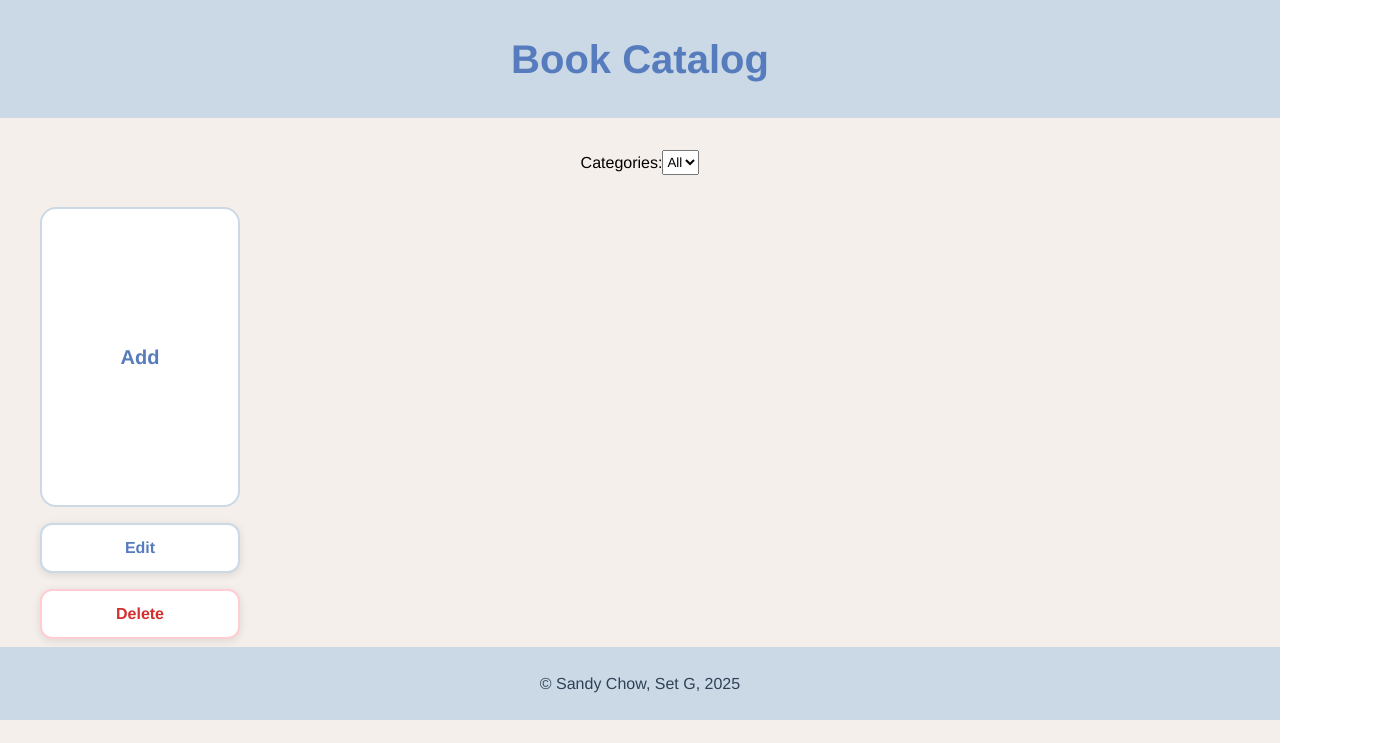
Repository: Bcit-sandy/COMP3170_Lab7
Page: /
An editor plug-in stored every save of this project. The page is shown before and after the next save, followed by the edit.
The browser window is 1280 px wide. The page is 1280 px wide, then 1376 px, then 1280 px, so the pictures cover 1376 px, including what lies to the right of the window. The pictures show the whole page.
The project was rebuilt for these pictures with package versions that can differ from the ones it lists, and the page was loaded fresh each time. Also part of the build but not shown: vite.config.js, src/components/Info.jsx, src/components/Book.jsx.

Above is the page before, as saved 2025-10-25 23:45:39.

### index.html
<!doctype html>
<html lang="en">
  <head>
    <meta charset="UTF-8" />
    <link rel="icon" type="image/svg+xml" href="/vite.svg" />
    <meta name="viewport" content="width=device-width, initial-scale=1.0" />
    <title>Book Catalog App</title>
  </head>
  <body>
    <div id="root"></div>
    <script type="module" src="/src/main.jsx"></script>
  </body>
</html>

### src/main.jsx
import { StrictMode } from 'react';
import { createRoot } from 'react-dom/client';
import './index.css';
import './components/Modal/Modal.css';
import App from './App.jsx';

createRoot(document.getElementById('root')).render(
  <StrictMode>
    <App />
  </StrictMode>,
)

### src/index.css
:root {
  --light-blue-color: #CBD9E6;
  --blue-color: #567cbd;
  --beige-color: #f5efeb;
  --dark-blue-color: #2f4156;
  --white-color: #ffffff;
}

*{
  font-family: Helvetica, sans-serif
}

body {
  margin: 0;
  padding: 0;
  line-height: 1.6;
}

.app-header {
  background-color: var(--light-blue-color);
  min-height: 12vh;
  display: flex;
  flex-direction: column;
  align-items: center;
  justify-content: center;
}

.app-name {
  font-size: 2.5rem;
  color: var(--blue-color);
}

.app-main {
  background: var(--beige-color);
  width: 100%;
  min-height: 70vh;
  display: flex;
  flex-direction: column;
  align-items: center;
  justify-content: center;
  padding: 2rem 0;
  flex-wrap: wrap;
}

.app-main-content {
  background: var(--white-color);
  min-height: 10vh;
  width: 100%;
  display: flex;
  flex-direction: column;
  align-items: center;
  justify-content: center;
  padding: 2rem;
  border-radius: 12px;
  margin: 1rem;
  max-width: 1000px;
  flex-wrap: wrap;
}

.learn-more {
  color: var(--blue-color);
  text-decoration: none;
  transition: all 0.3s ease;
}

.learn-more:hover {
  color: var(--dark-blue-color);
  text-decoration: underline;
}

.app-main-content-text {
  font-size: 16px;
  color: var(--dark-blue-color);
  font-weight: 400;
  text-align: center;
  max-width: 600px;
  line-height: 1.7;
}

.add-button {
  background: var(--white-color);
  color: var(--blue-color);
  border: 2px solid var(--light-blue-color);
  border-radius: 16px;
  width: 200px;
  height: 300px;
  display: flex;
  align-items: center;
  justify-content: center;
  cursor: pointer;
  transition: all 0.3s ease;
  font-size: 1.25rem;
  font-weight: 600;
  box-shadow: 0 4px 12px var(--shadow-light);
  position: relative;
  overflow: hidden;

}

.add-button:hover {
  background-color: var(--blue-color);
  color: var(--white-color);
  box-shadow: 0 4px 15px rgba(0, 0, 0, 0.2);
  transform: translateY(-2px);
}

/* Update and Delete Button Styles */
.update-button,
.delete-button {
  background: var(--white-color);
  color: var(--blue-color);
  border: 2px solid var(--light-blue-color);
  border-radius: 12px;
  width: 200px;
  height: 50px;
  display: flex;
  align-items: center;
  justify-content: center;
  cursor: pointer;
  transition: all 0.3s ease;
  font-size: 1rem;
  font-weight: 600;
  box-shadow: 0 2px 8px rgba(0, 0, 0, 0.1);
  position: relative;
  overflow: hidden;
}

.update-button:hover {
  background-color: var(--blue-color);
  color: var(--white-color);
  border-color: var(--blue-color);
  box-shadow: 0 4px 12px rgba(86, 124, 189, 0.3);
  transform: translateY(-2px);
}

.delete-button {
  background: var(--white-color);
  color: #d32f2f;
  border: 2px solid #ffcdd2;
}

.delete-button:hover {
  background-color: #d32f2f;
  color: var(--white-color);
  border-color: #d32f2f;
  box-shadow: 0 4px 12px rgba(211, 47, 47, 0.3);
  transform: translateY(-2px);
}

.update-button:active,
.delete-button:active {
  transform: translateY(0);
  box-shadow: 0 2px 6px rgba(0, 0, 0, 0.2);
}

.app-content-container {
  display: grid;
  grid-template-columns: 200px 1fr;
  gap: 2rem;
  margin: 2rem auto;
  width: 100%;
  max-width: 1200px;
  padding: 0 1rem;
  margin-bottom: 10vh;
  align-items: start;
  justify-items: start;
  justify-content: center;
}

.add-button-column {
  grid-column: 1;
  grid-row: 1/ -1;
  display: flex;
  flex-direction: column;
  justify-content: center;
  align-items: center;
  gap: 1rem;
}

.button-group {
  display: flex;
  flex-direction: column;
  gap: 1rem;
  align-items: center;
  width: 100%;
}

.books-grid {
  grid-column: 2;
  display: grid;
  grid-template-columns: repeat(auto-fill, minmax(180px, 1fr));
  gap: 2rem;
  width: 100%;
  align-items: start;
  justify-items: start;
}

/* Responsive design --- smaller screens */
@media (max-width: 768px) {
  .app-main-content {
    width: 80%;
  }

  .app-content-container {
    grid-template-columns: auto;
    gap: 1rem;
  }

  .add-button-column {
    grid-row: 1/ -1;
    margin-bottom: 2rem;
  }

  .books-grid {
    grid-template-columns: repeat(auto-fill, minmax(180px, 1fr));
    gap: 2rem;
  }

  .add-button,
  .update-button,
  .delete-button {
    width: 150px;
    height: 45px;
    font-size: 0.9rem;
  }

  .add-button {
    height: 200px;
  }
}

.book-container {
  width: 200px;
  height: 300px;
  display: flex;
  flex-direction: column;
  align-items: center;
  border: none;
  background: var(--white-color);
  border-radius: 12px;
  transition: all 0.3s ease;
  overflow: hidden;
  justify-self: start;
  align-self: start;
}

.book-container:hover {
  transform: translateY(-4px);
  box-shadow: 0 8px 20px rgba(0, 0, 0, 0.15);
}

.book-container {
  cursor: pointer;
  position: relative;
}

.book-selected {
  border: 3px solid var(--blue-color) !important;
  background: var(--light-blue-color) !important;
  transform: translateY(-2px);
  box-shadow: 0 6px 16px var(--dark-blue-color) 50%;
}

.remove-button {
  position: absolute;
  top: 8px;
  right: 8px;
  background: var(--dark-blue-color);
  color: var(--white-color);
  border: none;
  border-radius: 50%;
  width: 25px;
  height: 25px;
  display: flex;
  align-items: center;
  justify-content: center;
  font-size: 16px;
  font-weight: bold;
  cursor: pointer;
  opacity: 0;
  transition: opacity 0.2s ease, background 0.2s ease;
  z-index: 2;
}

.book-container:hover .remove-button {
  opacity: 1;
}

.remove-button:hover {
  background: #d32f2f;
  transform: scale(1.1);
}

.book-cover {
  width: 100%;
  height: 100%;
  position: relative;
  overflow: hidden;
}

.book-cover-image {
  width: 100%;
  height: 100%;
  object-fit: cover;
  transition: transform 0.3s ease;
}

.book-container:hover .book-cover-image {
  transform: scale(1.05);
}

.book-price {
  font-size: 16px;
  background: var(--white-color);
  color: var(--dark-blue-color);
  margin: 0;
  width: 100%;
  height: 10px;
  font-weight: bold;
  text-align: center;
  padding: 0.75rem 0.5rem;
  display: flex;
  align-items: center;
  justify-content: center;
  border-top: 1px solid var(--light-blue-color);
}


.info-container {
  width: 100%;
  height: 50px;
  display: flex;
  align-items: center;
  justify-content: center;
  background: var(--light-blue-color);
  border-top: 1px solid var(--light-blue-color);
}

.info-link {
  font-size: 14px;
  color: var(--blue-color);
  background-color: var(--light-blue-color);
  width: 100%;
  height: 100%;
  font-weight: bold;
  text-decoration: none;
  cursor: pointer;
  transition: all 0.3s ease;
  display: flex;
  align-items: center;
  justify-content: center;
  border-radius: 0 0 12px 12px;
}

.info-link:hover {
  color: var(--dark-blue-color);
  text-decoration: underline;
  font-size: 16px;
}

.app-footer {
  background-color: var(--light-blue-color);
  color: var(--dark-blue-color);
  width: 100%;
  height: 10vh;
  display: flex;
  align-items: center;
  justify-content: center;
  position: fixed;
  bottom: 0;
  left: 0;
  border-top: 1px solid var(--light-blue-color);
  font-weight: 500;
  font-size: 16px;
}

### src/components/Modal/Modal.css
/* Modal dialog base */
dialog {
  border: none;
  border-radius: 16px;
  padding: 3rem;
  width: 100vw;
  max-width:400px;
  background: var(--white-color);
  box-shadow: 0 12px 40px rgba(0, 0, 0, 0.25);
}

/* Backdrop */
dialog::backdrop {
  background: rgba(47, 65, 86, 0.15);
  backdrop-filter: blur(2px);
}

/* Heading */
.new-book-form h2,
.form-container h2 {
  margin: 0 0 1rem 0;
  color: var(--blue-color);
  font-size: 1.5rem;
}

/* Form layout */
.new-book-form,
.form-container form {
  display: flex;
  flex-direction: column;
  gap: 1rem;
}

.new-book-form label,
.form-container .form-control label {
  color: var(--dark-blue-color);
  font-weight: bold;
  margin-bottom: 0.5rem;
}

.new-book-form input,
.form-container .form-control input {
    align-items: center;
    height: 1rem;
    font-size: 1rem;
    width: 100%;
    padding: 0.5rem;
    border: 2px solid var(--light-blue-color);
    border-radius: 10px;
}


/* Button style */
.button-primary,
.btn.primary {
  background: var(--blue-color);
  color: var(--white-color);
  border: 1px solid var(--blue-color);
  border-radius: 10px;
  padding: 0.5rem;
  width:50%;
  font-weight: bold;
  cursor: pointer;
}

.button-primary:hover,
.btn.primary:hover {
  background: var(--dark-blue-color);
}

.button-secondary {
  background: var(--white-color);
  color: var(--blue-color);
  border: 2px solid var(--light-blue-color);
  border-radius: 10px;
  padding: 0.5rem 0.9rem;
  font-weight: bold;
  cursor: pointer;
}

.button-secondary:hover {
  background: var(--blue-color);
  color: var(--white-color);
}

.form-container .form-control {
  display: flex;
  flex-direction: column;
}

/* Small screens */
@media (max-width: 480px) {
  dialog {
    width: 95vw;
    padding: 1.25rem;
  }
}

### src/App.jsx
import { useState } from "react";
import Book from "./components/Book";
import Add from "./components/New";
import Main from "./components/Main";
import data from "../data/books.json";
import Filter from "./components/Filter/Filter";

function App() {
  const [books, setBooks] = useState(data);
  const [selectedBook, setSelectedBook] = useState(null);

  function getBooks(bookData) {
    const isSelected = selectedBook && (selectedBook.isbn13 || selectedBook.title) === (bookData.isbn13 || bookData.title);
    return (
      <Book
        key={bookData.isbn13 || bookData.title}
        data={bookData}
        onSelect={handleBookSelection}
        isSelected={isSelected}
      />
    );
  }

  function handleBookSelection(book) {
    // If clicking the same book that's already selected, unselect it
    if (selectedBook && (selectedBook.isbn13 || selectedBook.title) === (book.isbn13 || book.title)) {
      setSelectedBook(null);
    } else {
      // Otherwise, select the clicked book
      setSelectedBook(book);
    }
  }

  function handleUpdateBook(updatedBook) {
    setBooks(prevBooks =>
      prevBooks.map(book =>
        (book.isbn13 || book.title) === (updatedBook.isbn13 || updatedBook.title)
          ? updatedBook
          : book
      )
    );
    setSelectedBook(updatedBook);
  }

  function handleDeleteBook() {
    if (selectedBook) {
      setBooks(prevBooks => prevBooks.filter(book =>
          (book.isbn13 || book.title) !== (selectedBook.isbn13 || selectedBook.title)
        ));
        setSelectedBook(null);
    } else {
      alert("Please select a book to delete");
    }
  }

  function handleAddBook(newBook) {
    setBooks(prevBooks => [...prevBooks, newBook]);
  }

  const categories = [...new Set(books.map(book => book.category))];

  return (
    <div>
      <header className="app-header">
       <h1 className="app-name">Book Catalog</h1>
      </header>

      <main className="app-main">
        <Filter categories={categories} />
        <div className="app-content-container">
          <div className="add-button-column">
            <Add
              onDelete={handleDeleteBook}
              onAddBook={handleAddBook}
              book={selectedBook}
              update={handleUpdateBook}
            />
          </div>
          <Main>
            {books.map(getBooks)}
          </Main>
        </div>
      </main>

      <footer className="app-footer">
        <p>&copy; Sandy Chow, Set G, 2025</p>
      </footer>
    </div>

  )
}

export default App;

### src/components/New.jsx
import Modal from "./Modal/Modal";
import BookForm from "./Bookform";

function Add ({ onDelete, onAddBook, book, update }) {
  return (
    <div className="button-group">
      <Modal btnLabel="Add" btnClassName="add-button">
        <BookForm onAddBook={onAddBook} />
      </Modal>

      <Modal btnLabel="Edit" btnClassName="update-button">
        <BookForm book={book} add={update} onAddBook={onAddBook}/>
      </Modal>

      <button
        className="delete-button"
        onClick={onDelete}
        title="Delete selected book"
      >
        Delete
      </button>
    </div>
  )
}

export default Add

### src/components/Main.jsx
export default function Main({children}) {
    return (
        <main className="books-grid">
            {children}
        </main>
    );
}

### data/books.json
    [
]

### src/components/Filter/Filter.jsx
import "./Filter.css";
import { useState } from "react";
function Filter({ categories = [] }) {
    const [filter, setFilter] = useState('');
    return (
        <div className="filter-container">
            Categories:
            <select
                value={filter}
                onChange={(e) => setFilter(e.target.value)}>
                <option value=''>All</option>
                {[...categories].map((category) => (
                    <option value={category}>{category}</option>
                ))}
            </select>
        </div>
    );
}

export default Filter;

### src/components/Modal/Modal.jsx
import { useRef } from 'react';

function Modal({ btnLabel, btnClassName, children }) {

    const modalRef = useRef();

    function openModal() {
        modalRef.current.showModal();
    }

    function closeModal() {
        modalRef.current.close();
    }

    return (
        <>
            <button onClick={openModal} className={btnClassName}>{btnLabel}</button>
            <dialog ref={modalRef}>
                {children}
            </dialog>
        </>
    );

}

export default Modal;

### src/components/Bookform.jsx
import { useState } from "react";
import { nanoid } from "nanoid";

function BookForm({book, add, onAddBook}) {
    const [formData, setFormData] = useState({
        title: book?.title || '',
        author: book?.author || '',
        publisher: book?.publisher || '',
        year: book?.year || '',
        language: book?.language || '',
        pages: book?.pages || '',
        image: book?.image || ''
    });

    function handleChange(e) {
        const { name, value } = e.target;
        setFormData(prev => ({
            ...prev,
            [name]: value
        }));
    }

    function handleSubmit(e) {
        e.preventDefault();

        if (book) {
            // Edit mode - update existing book
            const updatedBook = {
                ...book,
                title: formData.title,
                author: formData.author,
                publisher: formData.publisher,
                year: formData.year,
                language: formData.language,
                pages: formData.pages,
                image: formData.image
            };
            add(updatedBook);
        } else {
            // Add mode - create new book
            const newBook = {
                title: formData.title,
                author: formData.author,
                publisher: formData.publisher,
                year: formData.year,
                language: formData.language,
                pages: formData.pages,
                image: formData.image,
                url: '#',
                isbn13: nanoid(),
                selected: false
            };
            if (onAddBook) {
                onAddBook(newBook);
            }
        }

        // Close modal
        const modal = document.querySelector('dialog[open]');
        if (modal) {
            modal.close();
        }

        // Reset form
        setFormData({
            title: '',
            author: '',
            publisher: '',
            year: '',
            language: '',
            pages: '',
            image: ''
        });
    }

    return (
        <div className="form-container">
            <h2> {book ? 'Edit book' : 'Add a new book'} </h2>
            <form onSubmit={handleSubmit}>
                <div className="form-control">
                    <label htmlFor="title"> Title </label>
                    <input
                        type="text"
                        name="title"
                        placeholder="Title..."
                        value={formData.title}
                        onChange={handleChange}
                    />
                </div>

                <div className="form-control">
                    <label htmlFor="author"> Author </label>
                    <input
                        type="text"
                        name="author"
                        placeholder="Author..."
                        value={formData.author}
                        onChange={handleChange}
                    />
                </div>

                <div className="form-control">
                     <label htmlFor="publisher"> Publisher </label>
                    <input
                        type="text"
                        name="publisher"
                        placeholder="Publisher..."
                        value={formData.publisher}
                        onChange={handleChange}
                    />
                </div>

                <div className="form-control">
                     <label htmlFor="year"> Publication Year </label>
                    <input
                        type="number"
                        name="year"
                        placeholder="Publication Year..."
                        value={formData.year}
                        onChange={handleChange}
                        min="1000"
                        max="2025"
                    />
                </div>

                <div className="form-control">
                     <label htmlFor="language"> Language </label>
                    <input
                        type="text"
                        name="language"
                        placeholder="Language..."
                        value={formData.language}
                        onChange={handleChange}
                    />
                </div>

                <div className="form-control">
                     <label htmlFor="pages"> Pages </label>
                    <input
                        type="number"
                        name="pages"
                        placeholder="Pages..."
                        value={formData.pages}
                        onChange={handleChange}
                        min="1"
                    />
                </div>

                <div className="form-control">
                     <label htmlFor="image"> Image URL </label>
                    <input
                        type="url"
                        name="image"
                        placeholder="https://..."
                        value={formData.image}
                        onChange={handleChange}
                    />
                </div>

                <button className="btn primary" type="submit">
                    {book ? 'Update' : 'Submit'}
                </button>
            </form>
        </div>
    );
}

export default BookForm;

### src/components/Filter/Filter.css
.filter-container {
    display: flex;
    flex-direction: row;
    align-items: left;
    justify-content: center;
    background-color: var(--beige-color);
}

After the next save:
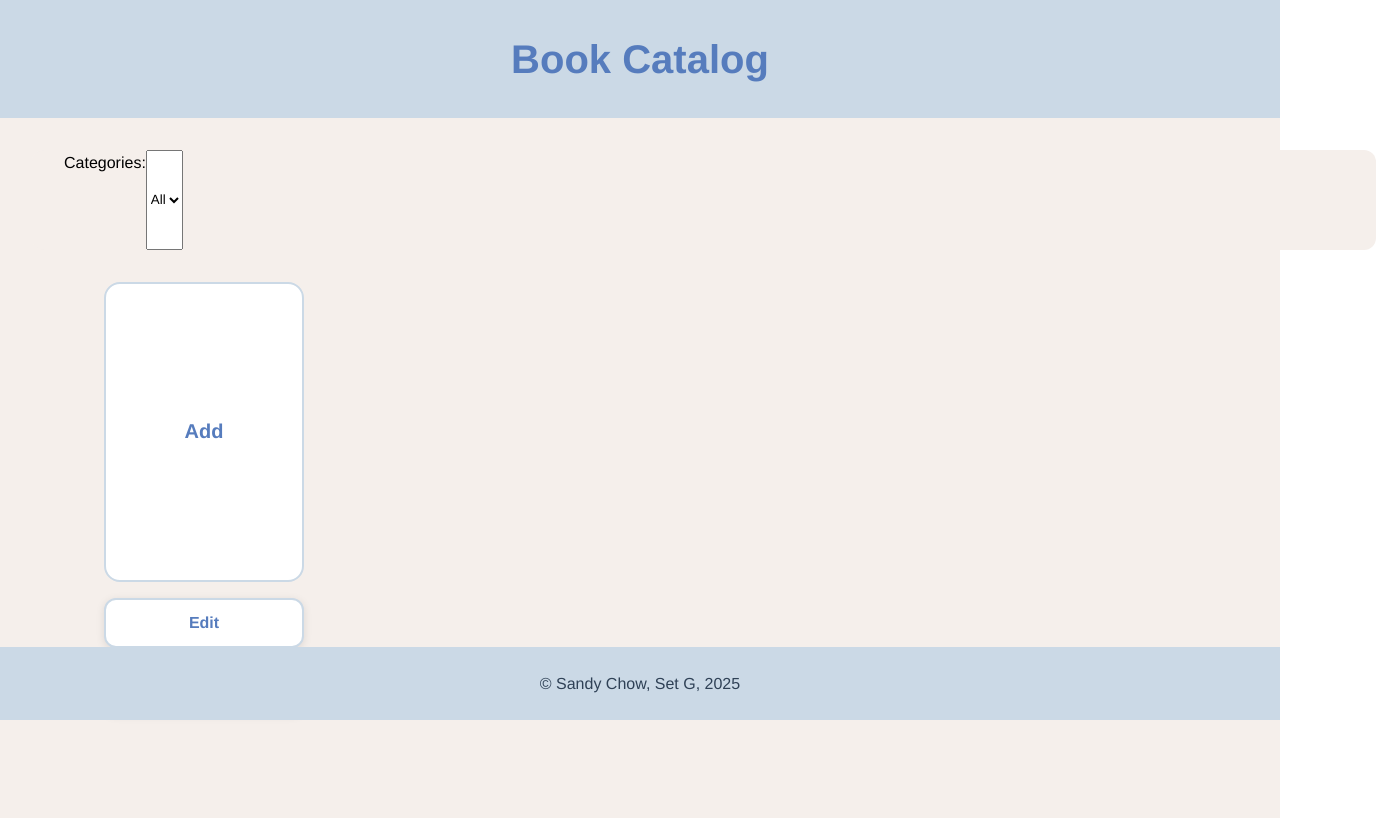
Saved 5 s later.
--- a/src/components/Filter/Filter.css
+++ b/src/components/Filter/Filter.css
@@ -2,6 +2,11 @@
     display: flex;
     flex-direction: row;
     align-items: left;
-    justify-content: center;
+    justify-content: left;
     background-color: var(--beige-color);
+    padding: 0 2rem;
+    margin: 0 2rem;
+    border-radius: 12px;
+    width: 100%;
+    height: 100px;
 }

After the save that followed:
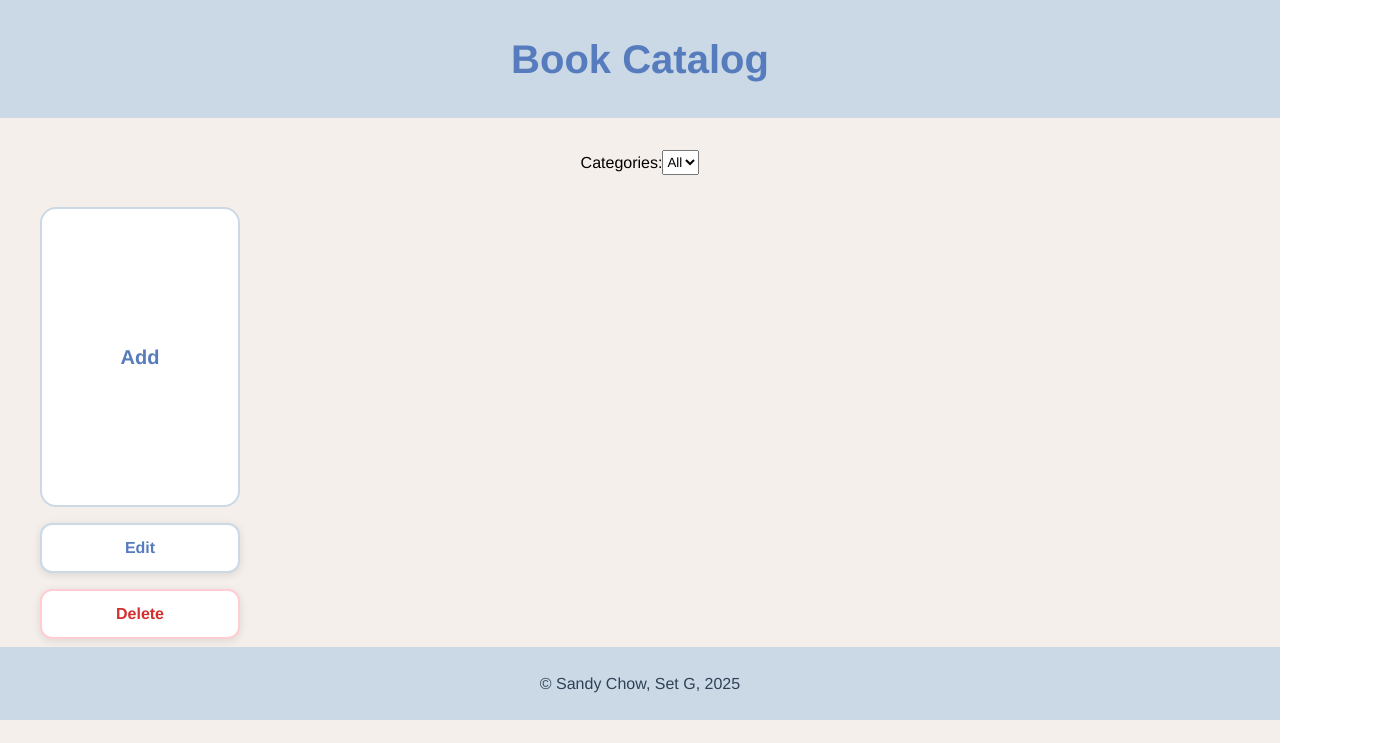
Saved 7 s later.
--- a/src/components/Filter/Filter.css
+++ b/src/components/Filter/Filter.css
@@ -6,7 +6,4 @@
     background-color: var(--beige-color);
     padding: 0 2rem;
     margin: 0 2rem;
-    border-radius: 12px;
-    width: 100%;
-    height: 100px;
 }
